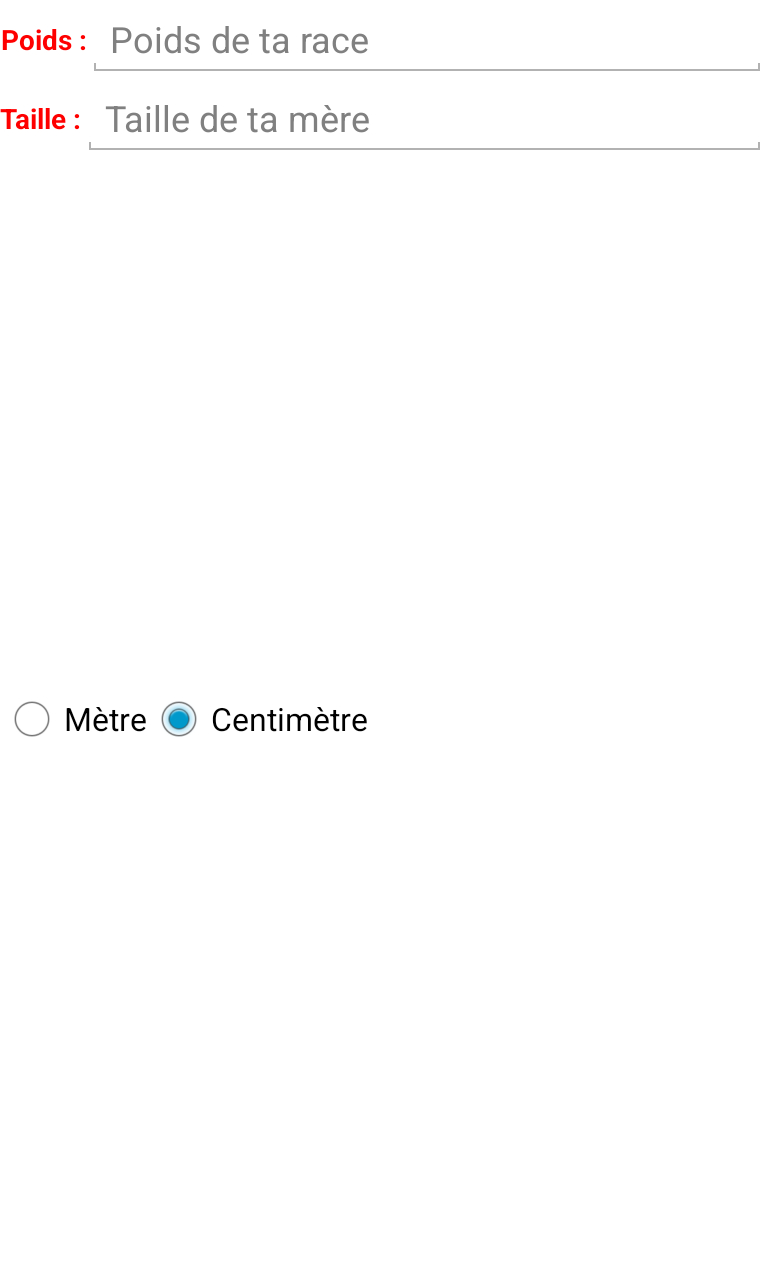
Repository: BlackyFox/PST4-NFC
Layout: Antoine/App_test/res/layout/activity_main.xml
An editor plug-in stored every save of this project. The layout is shown before and after the next save, followed by the edit.
It is drawn on a 768 x 1280 px phone screen (xhdpi) without system bars, with theme AppTheme; the app's code is not run.

Above is the layout before, as saved 2014-11-03 16:39:19.

### Antoine/App_test/res/layout/activity_main.xml
<?xml version="1.0" encoding="utf-8"?>
<LinearLayout xmlns:android="http://schemas.android.com/apk/res/android"
  android:layout_width="fill_parent"
  android:layout_height="fill_parent"
  android:orientation="vertical">
  <LinearLayout
      android:layout_width="fill_parent"
      android:layout_height="wrap_content"
      android:orientation="horizontal">

      <TextView
          android:layout_width="wrap_content"
          android:layout_height="fill_parent"
          android:text="@string/poids"
          android:textStyle="bold"
          android:textColor="#FF0000"
          android:gravity="center"/>
      <EditText
          android:id="@+id/poids"
          android:layout_width="fill_parent"
          android:layout_height="wrap_content"
          android:hint="@string/hint_poids"
          android:inputType="numberDecimal"/>
  </LinearLayout>

    <LinearLayout
      android:layout_width="fill_parent"
      android:layout_height="wrap_content"
      android:orientation="horizontal">

        <TextView
          android:layout_width="wrap_content"
          android:layout_height="fill_parent"
          android:text="@string/taille"
          android:textStyle="bold"
          android:textColor="#FF0000"
          android:gravity="center"/>
        <EditText
          android:id="@+id/taille"
          android:layout_width="fill_parent"
          android:layout_height="wrap_content"
          android:hint="@string/hint_taille"
          android:inputType="numberDecimal"/>
    </LinearLayout>
<RelativeLayout
  android:layout_width="wrap_content"
  android:layout_height="fill_parent" >

  <RadioGroup
    android:id="@+id/group"
    android:layout_width="wrap_content"
    android:layout_height="wrap_content"
    android:checkedButton="@+id/radio2"
    android:orientation="horizontal"
    android:layout_centerInParent="true"
  >
    <RadioButton
      android:id="@+id/radio1"
      android:layout_width="wrap_content"
      android:layout_height="wrap_content"
      android:text="@string/m"
    />
    <RadioButton
      android:id="@+id/radio2"
      android:layout_width="wrap_content"
      android:layout_height="wrap_content"
      android:text="@string/cm"
    />
  </RadioGroup>
  </RelativeLayout>
  <CheckBox
    android:id="@+id/mega"
    android:layout_width="wrap_content"
    android:layout_height="wrap_content"
    android:text="@string/mega"
  />
  <LinearLayout
      android:layout_width="fill_parent"
      android:layout_height="wrap_content"
      android:orientation="horizontal">

      <Button
          android:id="@+id/calcul"
          android:layout_width="wrap_content"
          android:layout_height="wrap_content"
          android:text="@string/calcul"
          android:layout_weight="1"
          /><!--
          android:background="?android:attr/selectableItemBackground"
          bug 1 fois sur 2 -->
      <Button
          android:id="@+id/raz"
          android:layout_width="wrap_content"
          android:layout_height="wrap_content"
          android:text="@string/raz"
          android:layout_weight="1"/><!--

          android:background="@color/Wheat"
          android:background="?android:attr/selectableItemBackground"
           bug 1 fois sur 2 -->
  </LinearLayout>

  <TextView
    android:layout_width="wrap_content"
    android:layout_height="wrap_content"
    android:text="@string/resultat"
  />
  <TextView
    android:id="@+id/result"
    android:layout_width="fill_parent"
    android:layout_height="fill_parent"
    android:text="@string/result"
  />
</LinearLayout>

### Antoine/App_test/res/values/strings.xml
<?xml version="1.0" encoding="utf-8"?>
<resources>

    <string name="app_name">App_test</string>
    <string name="hello_world">Hello world!</string>
    <string name="action_settings">Settings</string>
    <string name="poids">Poids :</string>
    <string name="hint_poids">Poids de ta race</string>
    <string name="result">Vous devez cliquer sur le bouton « Calculer l\'IMC » pour obtenir un résultat.</string>
    <string name="resultat">Résultat : </string>
    <string name="raz">Remise à zéro</string>
    <string name="calcul">Calculer l\'IMC</string>
    <string name="mega">Méga fonction</string>
    <string name="cm">Centimètre</string>
    <string name="m">Mètre</string>
    <string name="taille">Taille :</string>
    <string name="hint_taille">Taille de ta mère</string>

</resources>

Loaded but not shown: Antoine/App_test/res/values/styles.xml (common file); Antoine/App_test/res/values-v11/styles.xml (common file); Antoine/App_test/res/values-v14/styles.xml (common file); Antoine/App_test/res/values/colors.xml (common file)

After the next save:
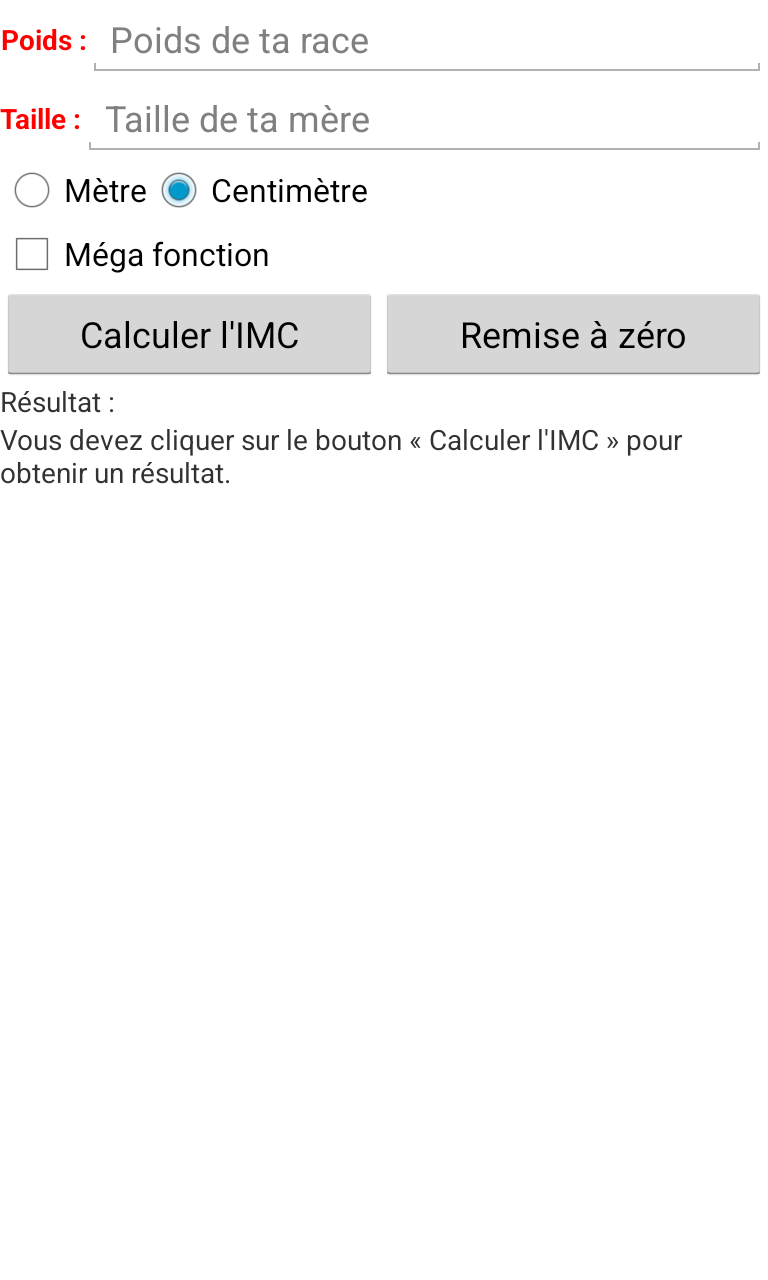
Saved 8 s later.
--- a/Antoine/App_test/res/layout/activity_main.xml
+++ b/Antoine/App_test/res/layout/activity_main.xml
@@ -44,7 +44,7 @@
     </LinearLayout>
 <RelativeLayout
   android:layout_width="wrap_content"
-  android:layout_height="fill_parent" >
+  android:layout_height="wrap_content" >
 
   <RadioGroup
     android:id="@+id/group"
